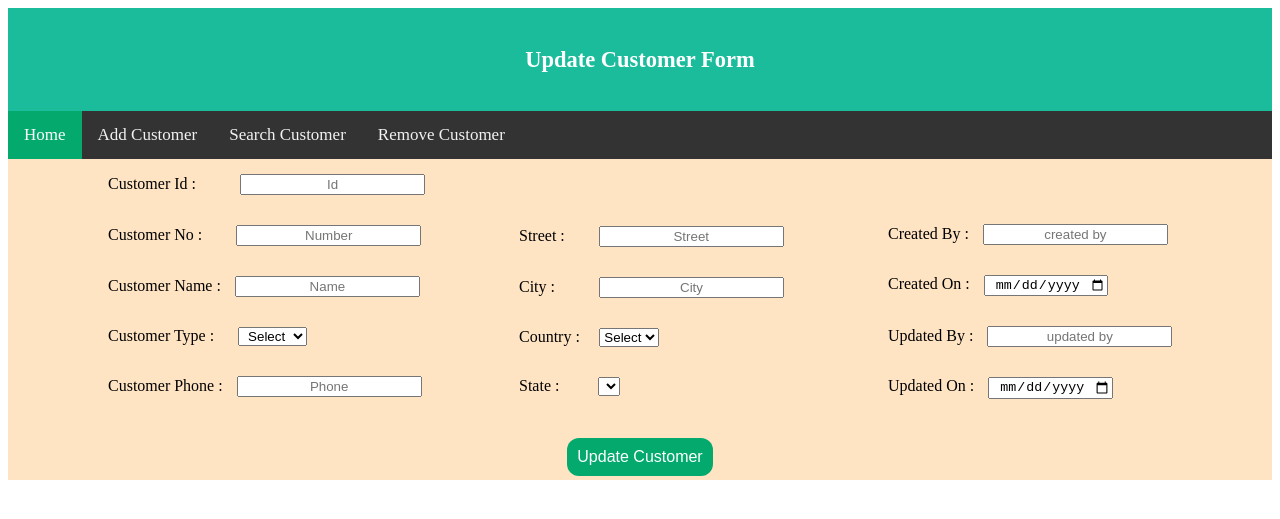
Repository: ParamMalik/Project-1
Page: http://localhost/projectcustomer/updatecustomer.jsp
An editor plug-in stored every save of this project. The page is shown before and after the next save, followed by the edit.
The browser window is 1280 px wide. The pictures show the whole page.
The page is served by Tomcat 9. The template is opened directly, without the code that normally fills it, so the values that code supplies are empty.

Above is the page before, as saved 2021-12-06 15:15:39.

After the next save:
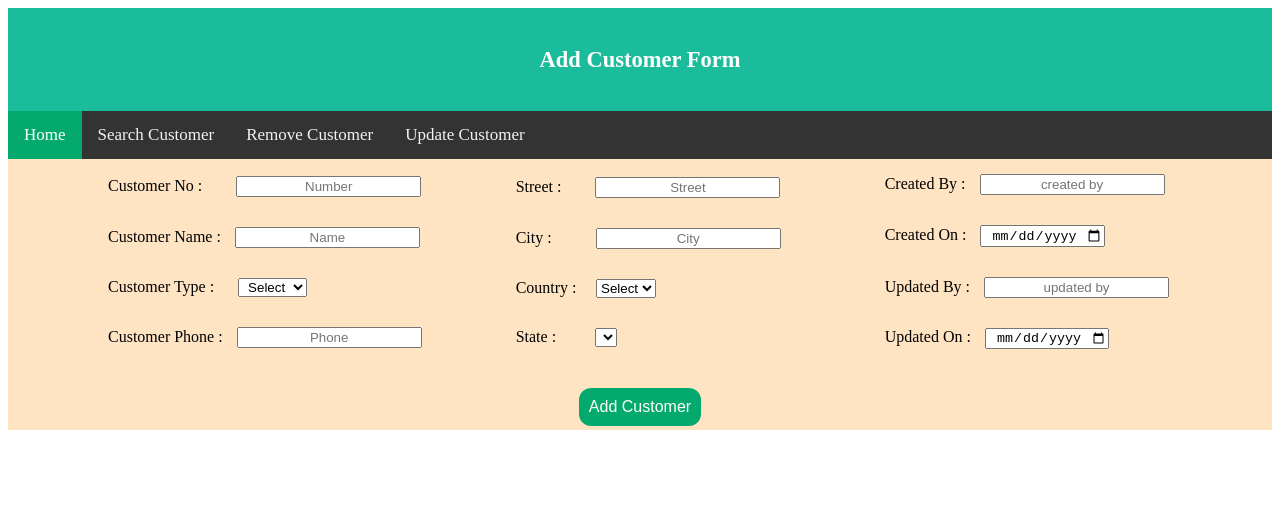
Saved 101 s later.
--- a/Trantor Project 1/projectcustomer/src/main/webapp/updatecustomer.jsp
+++ b/Trantor Project 1/projectcustomer/src/main/webapp/updatecustomer.jsp
@@ -2,13 +2,12 @@
 	pageEncoding="ISO-8859-1"%>
 <%@ taglib uri="http://java.sun.com/jsp/jstl/core" prefix="c"%>
 <%@ page isELIgnored="false"%>
+
 <!DOCTYPE html>
 <html>
 <head>
 <meta charset="ISO-8859-1">
 <link rel="stylesheet" href="index.css">
-<title>Update Customer</title>
-
 
 <script>
 function populate(s1,s2){
@@ -69,40 +68,37 @@ function populate(s1,s2){
 }
 </script>
 
+
+
+<title>Add Customer</title>
 </head>
 <body>
 
 	<div class="header">
-		<h2>Update Customer Form</h2>
+		<h2>Add Customer Form</h2>
 
 	</div>
 	<div class="topnav">
-		<a class="active" href="welcome">Home</a> <a href="add">Add
-			Customer</a> <a href="search">Search Customer</a> <a href="remove">Remove
+		<a class="active" href="welcome">Home</a> <a href="search">Search
+			Customer</a> <a href="remove">Remove Customer</a> <a href="update">Update
 			Customer</a>
-
 
 
 	</div>
 	<div class="bodydiv">
-		<form action="update" method="post">
+		<form action="add" method="post">
 
 
 			<div class="leftbox">
 				<div>
-					<label id="labelmargin" style="margin-right: 40px;">Customer
-						Id : </label><input id="inputdefault" type="text" name="customerId"
-						placeholder="Id" required="required">
-				</div>
-				<div>
 					<label id="labelmargin" style="margin-right: 30px;">Customer
 						No : </label><input id="inputdefault" type="text" name="customerNo"
-						placeholder="Number">
+						placeholder="Number" required="required">
 				</div>
 				<div>
 					<label id="labelmargin">Customer Name : </label><input
 						id="inputdefault" type="text" name="customerName"
-						placeholder="Name">
+						placeholder="Name" required="required">
 				</div>
 				<div>
 					<label id="labelmargin" style="margin-right: 20px;">Customer
@@ -117,7 +113,7 @@ function populate(s1,s2){
 				<div>
 					<label id="labelmargin">Customer Phone : </label><input
 						id="inputdefault" type="text" name="customerPhone"
-						placeholder="Phone">
+						placeholder="Phone" required="required">
 				</div>
 			</div>
 			<div class="centerbox">
@@ -151,12 +147,15 @@ function populate(s1,s2){
 
 				<div>
 					<label id="centermargin" style="margin-right: 35px;">State
-						: </label><select id="state" name="state">
+						: </label><select id="state" name="state" >
 
 
 
 					</select>
 				</div>
+
+
+
 
 
 			</div>
@@ -183,8 +182,7 @@ function populate(s1,s2){
 
 			</div>
 			<div id="button">
-				<button class="button button1" type="submit">Update
-					Customer</button>
+				<button class="button button1" type="submit">Add Customer</button>
 			</div>
 
 
